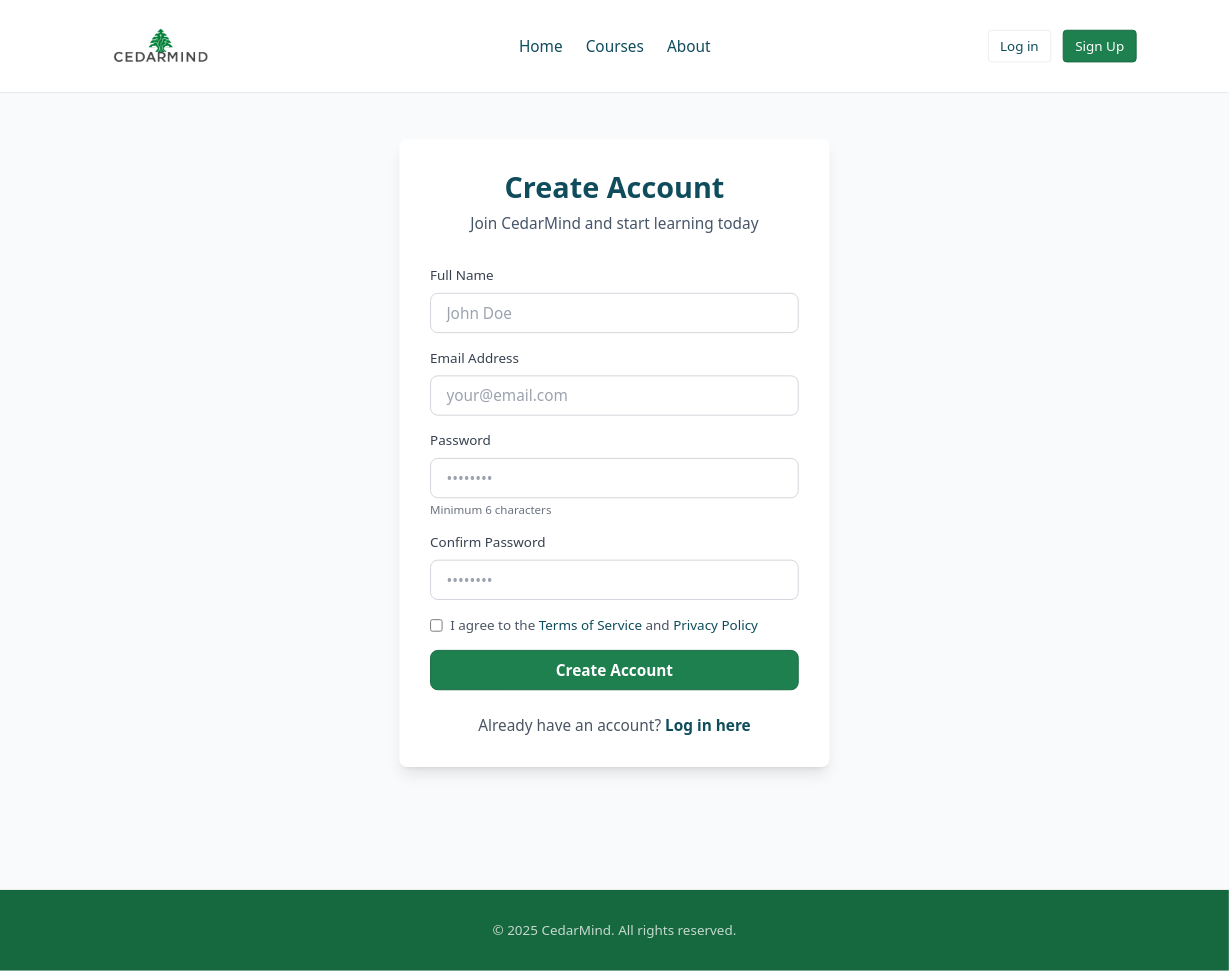
Repository: 1222aa/cedarmind
Page: http://localhost/signup.html
An editor plug-in stored every save of this project. The page is shown before and after the next save, followed by the edit.
The browser window is 1280 px wide. The pictures show the whole page, at 96% of full size.
Some web libraries are served in a nearby version. The page is served by the project's Laravel application, run on PHP 8.4 with Laravel 12.

Above is the page before, as saved 2025-12-02 17:05:02.

After the next save:
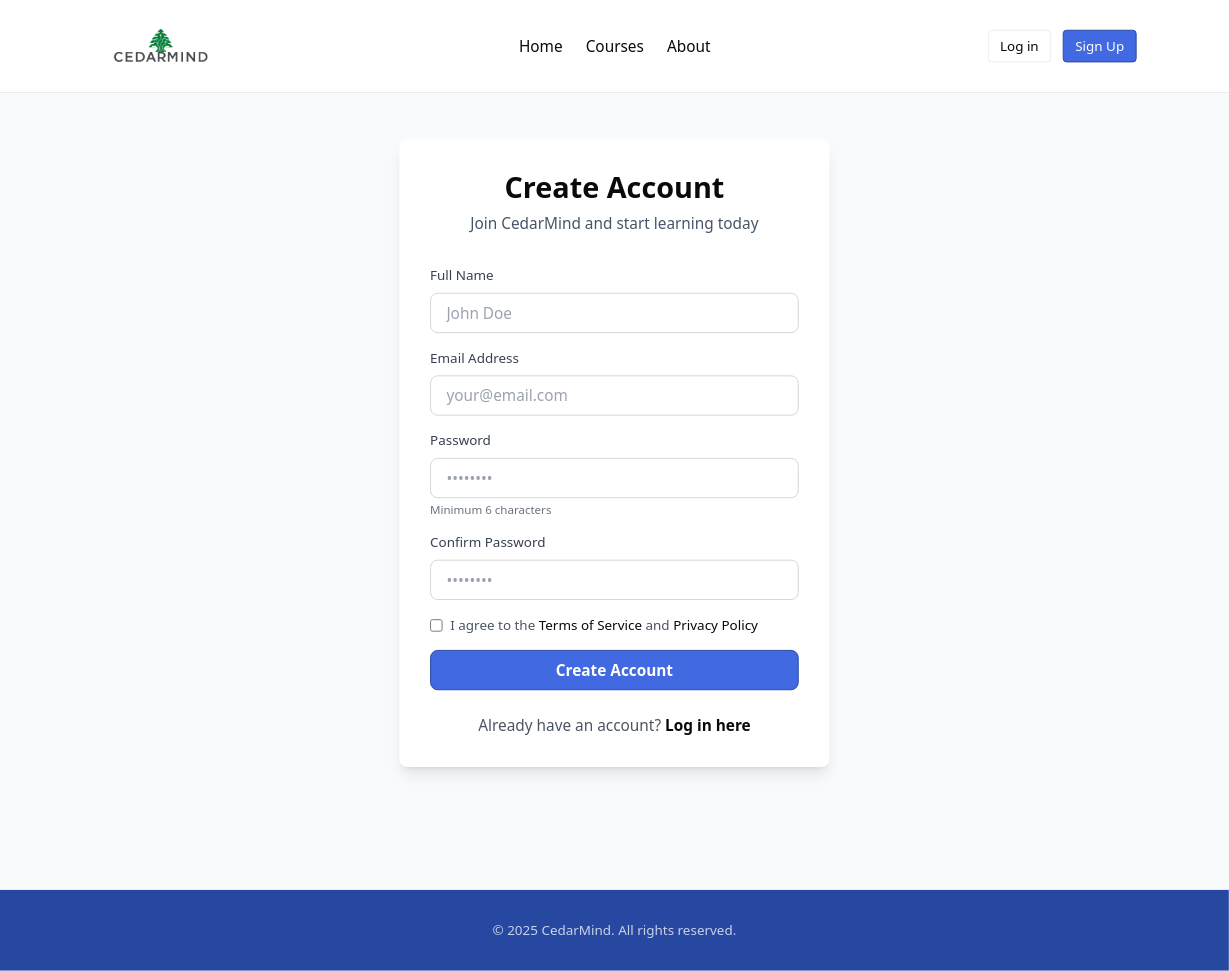
Saved 11 min 47 s later.
--- a/public/css/style.css
+++ b/public/css/style.css
@@ -7,10 +7,10 @@
 
 /* Cedar color palette variables (requested) */
 :root {
-	--cedar: #1E7F4F;
-	--cedar-light: #2FA86A;
-	--cedar-dark: #16683f;
-	--text-main: #0F4C5C;
+	--cedar: #4169E1;
+	--cedar-light: #88A6FF;
+	--cedar-dark: #2748A0;
+	--text-main: #0A0A0A;
 	--background-main: #f9fafb;
     --white: #ffffff;
 }
